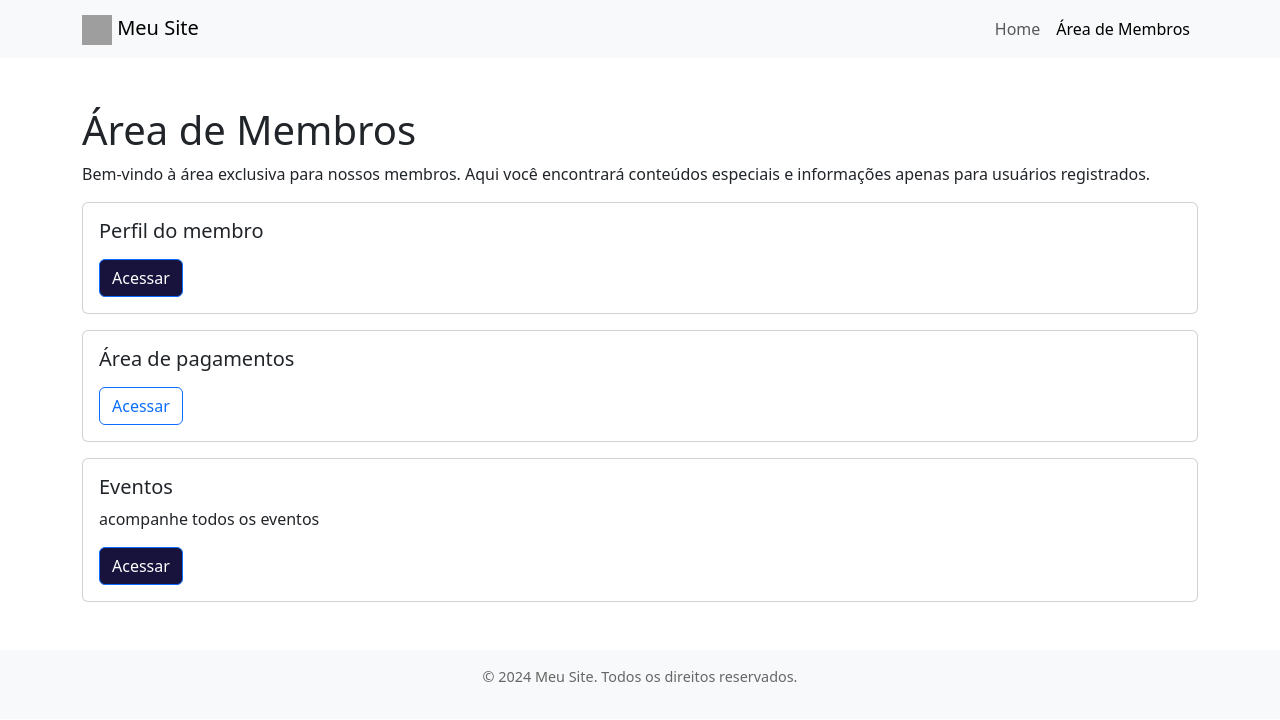
Repository: br-on/projeto-escolinhav3
Page: http://localhost/membros
An editor plug-in stored every save of this project. The page is shown before and after the next save, followed by the edit.
The browser window is 1280 px wide. The pictures show the whole page.
Pictures or frames that could not be fetched are drawn as grey boxes. The page is served by the project's application, run on Flask 3 (main.py).

Above is the page before, as saved 2024-11-15 10:22:09.

### templates/membros.html
<!DOCTYPE html>
<html lang="pt-br">
<head>
    <meta charset="UTF-8">
    <meta name="viewport" content="width=device-width, initial-scale=1.0">
    <title>Área de Membros - Meu Site</title>
    <link href="https://cdn.jsdelivr.net/npm/bootstrap@5.3.0/dist/css/bootstrap.min.css" rel="stylesheet">
    <!-- Link para o CSS personalizado com url_for -->
    <link rel="stylesheet" href="{{ url_for('static', filename='css/style.css') }}">
</head>
<body>

    <!-- Navbar -->
    <nav class="navbar navbar-expand-lg navbar-light bg-light">
        <div class="container">
            <a class="navbar-brand" href="{{ url_for('views.index') }}">
                <!-- Link para o logo com url_for -->
                <img src="{{ url_for('static', filename='img/logo.png') }}" alt="Logo" width="30" height="30">
                Meu Site
            </a>
            <button class="navbar-toggler" type="button" data-bs-toggle="collapse" data-bs-target="#navbarNav">
                <span class="navbar-toggler-icon"></span>
            </button>
            <div class="collapse navbar-collapse" id="navbarNav">
                <ul class="navbar-nav ms-auto">
                    <li class="nav-item"><a class="nav-link" href="{{ url_for('views.index') }}">Home</a></li>
                    <li class="nav-item"><a class="nav-link active" href="{{ url_for('views.membros') }}">Área de Membros</a></li>
                </ul>
            </div>
        </div>
    </nav>

    <!-- Conteúdo da Área de Membros -->
    <main class="container my-5">
        <h1>Área de Membros</h1>
        <p>Bem-vindo à área exclusiva para nossos membros. Aqui você encontrará conteúdos especiais e informações apenas para usuários registrados.</p>

        <div class="card my-3">
            <div class="card-body">
                <h5 class="card-title">Perfil do membro</h5>
                <p class="card-text"></p>
                <a href="#" class="btn btn-primary bg-primary">Acessar</a>
            </div>
        </div>
        <div class="card my-3">
            <div class="card-body">
                <h5 class="card-title">Área de pagamentos</h5>
                <p class="card-text"></p>
                <a href="#" class="btn btn-outline-primary">Acessar</a>
            </div>
        </div>
        <div class="card my-3">
            <div class="card-body">
                <h5 class="card-title">Eventos</h5>
                <p class="card-text">acompanhe todos os eventos</p>
                <a href="#" class="btn btn-primary bg-primary">Acessar</a>
            </div>
        </div>
    </main>

    <!-- Footer -->
    <footer class="bg-light text-center py-3">
        <p>&copy; 2024 Meu Site. Todos os direitos reservados.</p>
    </footer>

    <script src="https://cdn.jsdelivr.net/npm/bootstrap@5.3.0/dist/js/bootstrap.bundle.min.js"></script>
</body>
</html>

### views.py
# views.py
from flask import Blueprint, render_template

# Cria um Blueprint para as views
views = Blueprint('views', __name__)

@views.route('/')
def index():
    return render_template('index.html')

@views.route('/membros')
def membros():
    return render_template('membros.html')

@views.route('/pagamentos')
def pagamentos():
    return render_template('pagamentos.html')

### main.py
# app.py
from flask import Flask
from views import views  # Importa o Blueprint

app = Flask(__name__)

# Registra o Blueprint das views
app.register_blueprint(views)

if __name__ == '__main__':
    app.run(debug=True)

### static/css/style.css
/* Estilos customizados */


header {
    background-image: url('../img/banner.jpg');
    background-size: cover;
    color: white;
}

footer {
    font-size: 0.9em;
    color: #666;
}

.bg-primary {
    background-color: #18133c !important; /* Cor de fundo substituída */
}

.text-white {
    color: #d8561f !important; /* Cor de texto substituída */
}

.topo-img{
    display: flex;
    width: 100%;
    justify-content: center;
    padding: 5px;
}

After the next save:
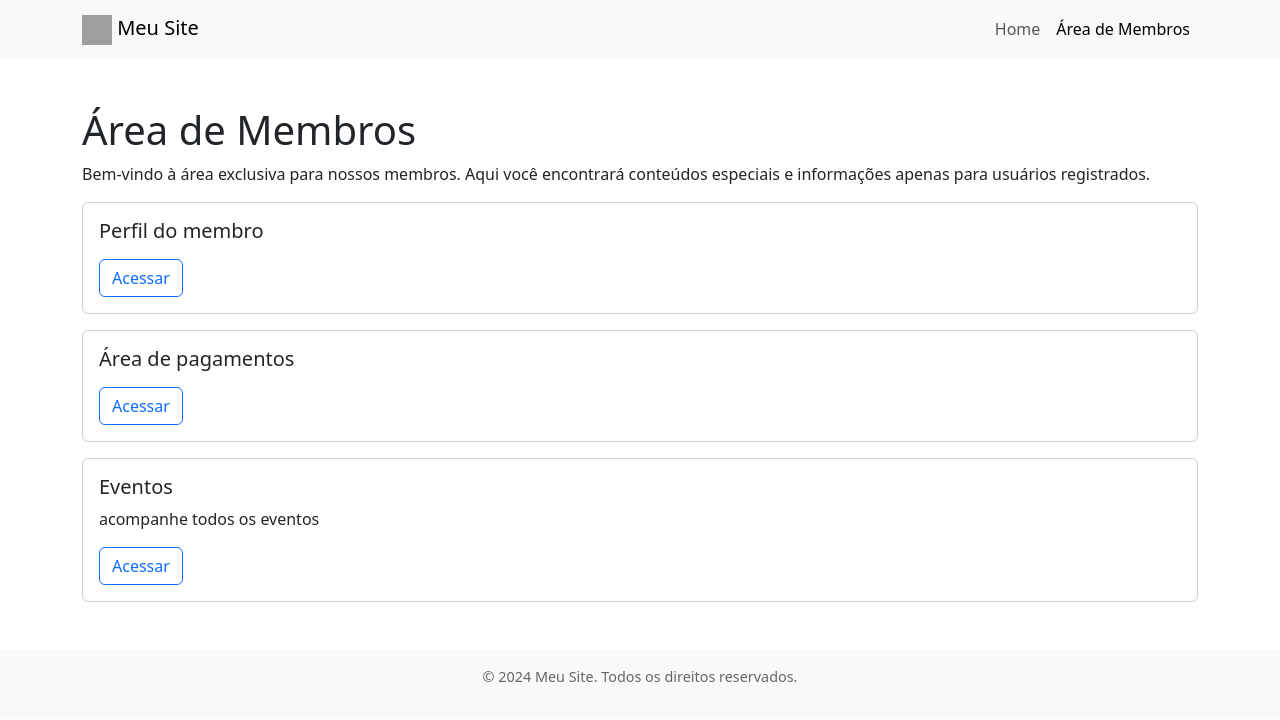
Saved 59 s later.
--- a/templates/membros.html
+++ b/templates/membros.html
@@ -39,7 +39,7 @@
             <div class="card-body">
                 <h5 class="card-title">Perfil do membro</h5>
                 <p class="card-text"></p>
-                <a href="#" class="btn btn-primary bg-primary">Acessar</a>
+                <a href="#" class="btn btn-outline-primary">Acessar</a>
             </div>
         </div>
         <div class="card my-3">
@@ -53,7 +53,7 @@
             <div class="card-body">
                 <h5 class="card-title">Eventos</h5>
                 <p class="card-text">acompanhe todos os eventos</p>
-                <a href="#" class="btn btn-primary bg-primary">Acessar</a>
+                <a href="#" class="btn btn-outline-primary">Acessar</a>
             </div>
         </div>
     </main>
